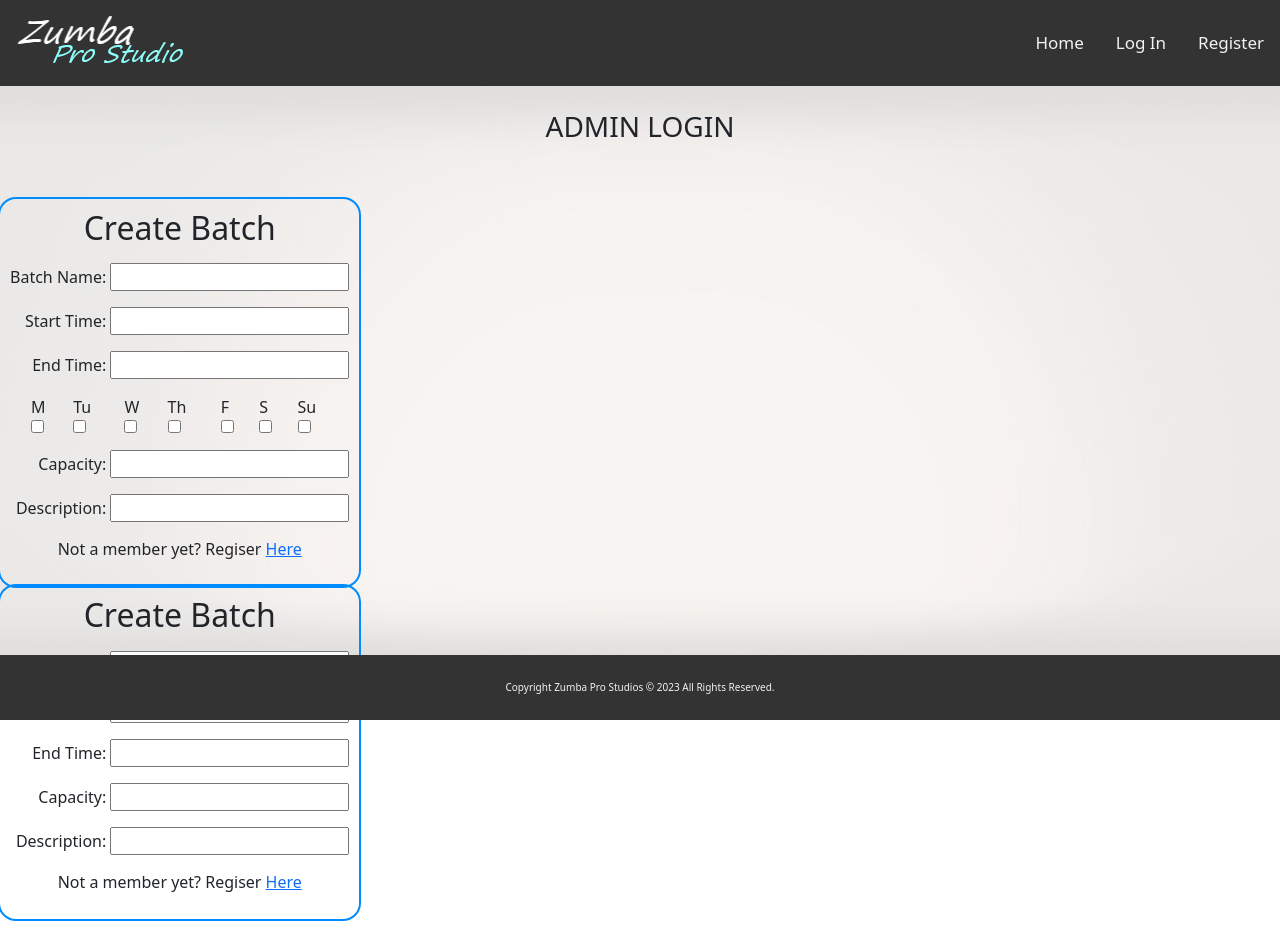
Repository: basemsamuel/Zumba
Page: http://localhost/ZumbaProStudio/adminusers.jsp
An editor plug-in stored every save of this project. The page is shown before and after the next save, followed by the edit.
The browser window is 1280 px wide. The pictures show the whole page.
The page is served by Tomcat 10.

Above is the page before, as saved 2023-07-30 21:38:44.

After the next save:
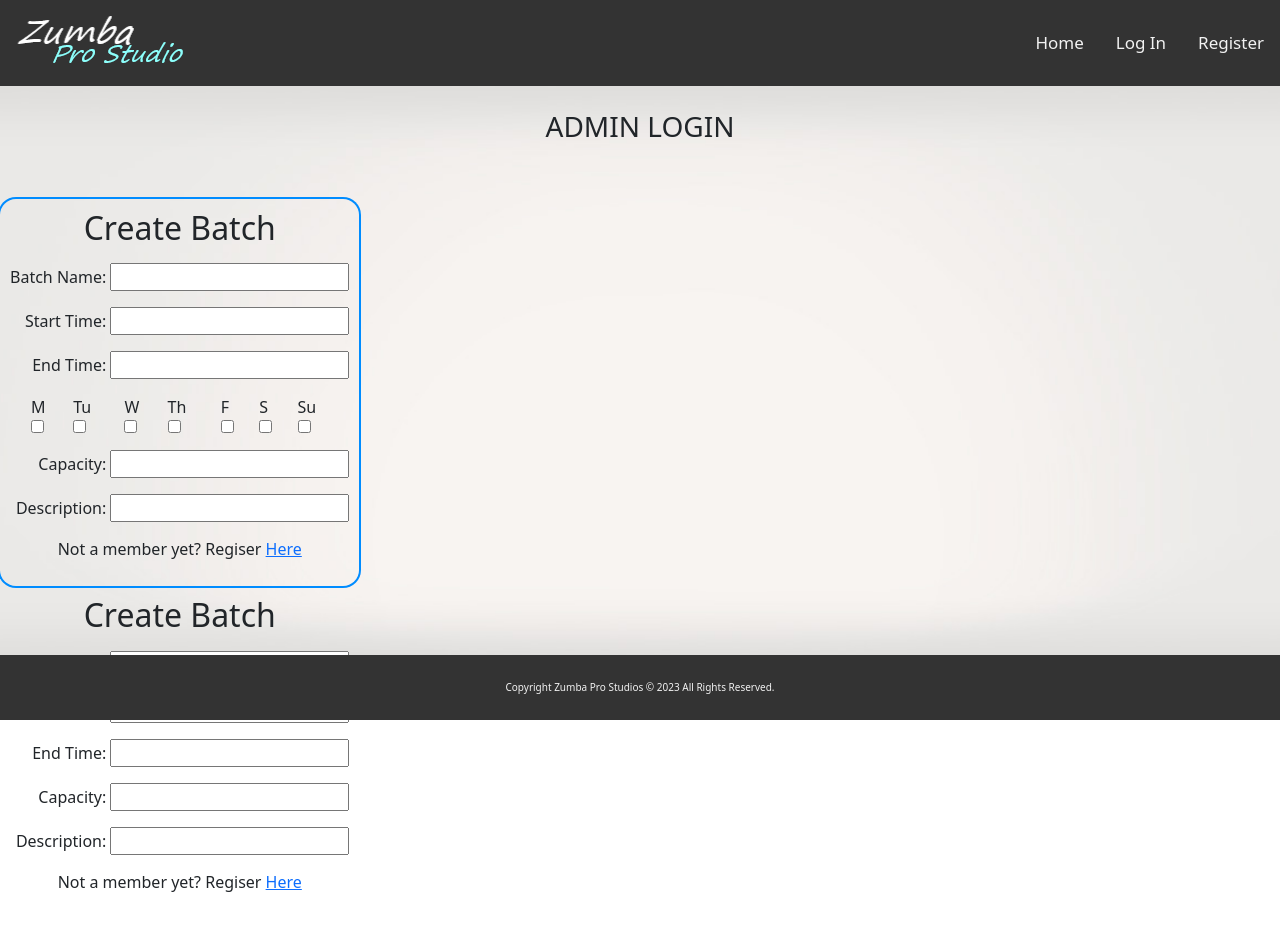
Saved 25 s later.
--- a/ZumbaProStudio/src/main/webapp/adminusers.jsp
+++ b/ZumbaProStudio/src/main/webapp/adminusers.jsp
@@ -115,7 +115,7 @@
 		</table>
 	</div>
 	<div class="col-5">
-		<table class="formtable">
+		<table class="formtable2">
 			<tr>
 				<td style="padding: 10px;">
 					<div class='center'>
